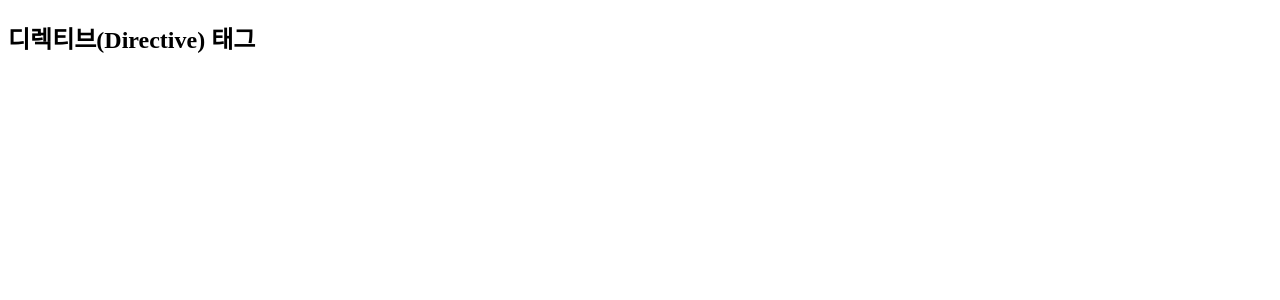
Repository: Rua1006/JSP
Page: http://localhost/practice02/01Directive.jsp
These files come from the project's save history. The page is drawn as it stood at one moment and after the next save; the edit follows.
The browser window is 1280 px wide. The pictures show the whole page.
The page is served by Tomcat 9. Other server files are loaded and not shown.

Above is the page before, as saved 2022-11-10 01:21:05.

### practice02/WebContent/01Directive.jsp
<%@ page language="java" contentType="text/html; charset=UTF-8"
    pageEncoding="UTF-8"%>
<!DOCTYPE html>
<html>
<head>
<meta charset="UTF-8">
<title>Directive</title>
</head>
<body>
	<h2>디렉티브(Directive) 태그</h2>

</body>
</html>

After the next save:
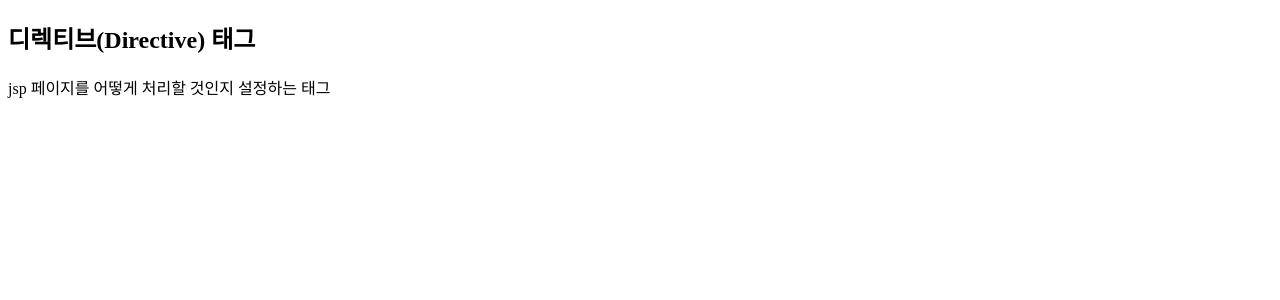
Saved 26 s later.
--- a/practice02/WebContent/01Directive.jsp
+++ b/practice02/WebContent/01Directive.jsp
@@ -8,6 +8,6 @@
 </head>
 <body>
 	<h2>디렉티브(Directive) 태그</h2>
-
+	<p>jsp 페이지를 어떻게 처리할 것인지 설정하는 태그</p>
 </body>
 </html>
